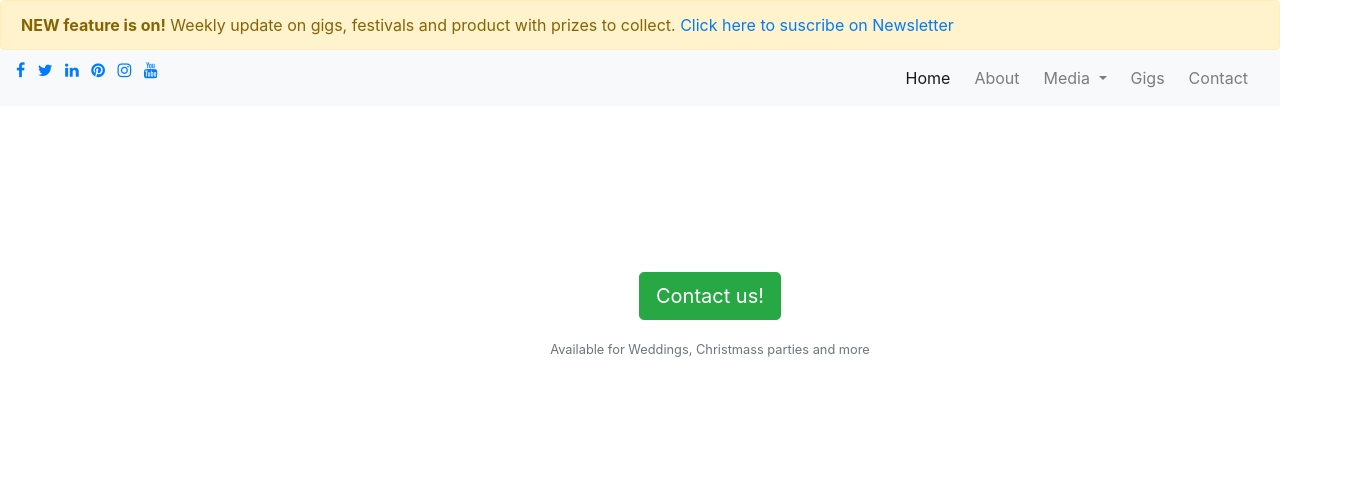
Repository: NamcorStudent/Stream_1_Project_HTML5-CSS3
Page: index.html
The author's editor kept a record of every edit. The page is drawn from the files as they stood at one moment, then again after the next edit.
The browser window is 1280 px wide. The page is 1350 px wide, so the pictures cover 1350 px, including what lies to the right of the window. The pictures show the whole page.
Some web libraries are served in a nearby version.

Above is the page before.

### index.html
<!DOCTYPE html>
<html lang="en">

<head>
    <meta charset="UTF-8">
    <meta name="viewport" content="width=device-width, initial-scale=1.0">
    <meta http-equiv="X-UA-Compatible" content="ie=edge">
    <link rel="stylesheet" href="https://maxcdn.bootstrapcdn.com/bootstrap/4.2.1/css/bootstrap.min.css" type="text/css" />
    <link rel="stylesheet" href="https://maxcdn.bootstrapcdn.com/font-awesome/4.7.0/css/font-awesome.min.css" type="text/css" />
    <link rel="stylesheet" href="assets/css/style.css" type="text/css" />
    <title>The Bambi Molesters | Official</title>
</head>

<body>
 <!--Alert for subscription-->
    <div class="container-fluid alert-container">
        <div class="row d-none d-sm-block">
            <div class="col-12">
                <div class="alert alert-warning">
                    <strong>NEW feature is on!</strong> Weekly update on gigs, festivals and product with prizes to collect. <a href="#" data-toggle="modal" data-target="#signUpModal">Click here to suscribe on Newsletter</a>
                </div>
            </div>
        </div>
    </div>
    <!--Nav-->
    <nav class="navbar navbar-light navbar-expand-sm bg-light">
        <div class="social-links mr-auto">
            <ul class="list-inline social-links">
                <li class="list-inline-item">
                    <a target="_blank" href="#">
                            <i class="fa fa-facebook" aria-hidden="true"></i>
                            <span class="sr-only">Facebook</span>
                        </a>
                </li>
                <li class="list-inline-item">
                    <a target="_blank" href="#">
                            <i class="fa fa-twitter" aria-hidden="true"></i>
                            <span class="sr-only">Twitter</span>
                        </a>
                </li>
                <li class="list-inline-item">
                    <a target="_blank" href="#">
                            <i class="fa fa-linkedin" aria-hidden="true"></i>
                            <span class="sr-only">LinkedIn</span>
                        </a>
                </li>
                <li class="list-inline-item">
                    <a target="_blank" href="#">
                            <i class="fa fa-pinterest" aria-hidden="true"></i>
                            <span class="sr-only">Pinterest</span>
                        </a>
                </li>
                <li class="list-inline-item">
                    <a target="_blank" href="#">
                            <i class="fa fa-instagram" aria-hidden="true"></i>
                            <span class="sr-only">Instagram</span>
                        </a>
                </li>
                <li class="list-inline-item">
                    <a target="_blank" href="#">
                            <i class="fa fa-youtube" aria-hidden="true"></i>
                            <span class="sr-only">YouTube</span>
                        </a>
                </li>
            </ul>
        </div>
        <button class="navbar-toggler" type="button" data-toggle="collapse" data-target="#navbarTogglerDropdown" aria-controls="navbarTogglerDemo02" aria-expanded="false" aria-label="Toggle navigation">
            <span class="navbar-toggler-icon"></span>
            </button>

        <div class="collapse navbar-collapse" id="navbarTogglerDropdown">
            <ul class="navbar-nav ml-auto">
                <li class="active nav-item mr-2"><a class="nav-link" href="/">Home</a></li>
                <li class="nav-item mr-2"><a class="nav-link" href="">About</a></li>
                <li class="nav-item dropdown mr-2">
                    <a class="nav-link dropdown-toggle" href="#" id="navbarDropdownMenuLink" role="button" data-toggle="dropdown" aria-haspopup="true" aria-expanded="false">
          Media
        </a>
                    <div class="dropdown-menu" aria-labelledby="navbarDropdownMenuLink">
                        <a class="dropdown-item" href="#">Video</a>
                        <a class="dropdown-item" href="#">Music</a>
                        <a class="dropdown-item" href="#">Gallery</a>
                    </div>
                </li>
                <li class="nav-item mr-2"><a class="nav-link" href="">Gigs</a></li>
                <li class="nav-item mr-2"><a class="nav-link" href="">Contact</a></li>
                <li class="nav-item mr-2 d-block d-sm-none"><a class="nav-link" href="#" data-toggle="modal" data-target="#signUpModal">Suscribe!!!</a></li>
            </ul>
        </div>
    </nav>


    <!-- Callout -->
    <div class="container callout-container">

        <div class="row">
            <section class=" col-12 callout jumbotron text-center">
                <h1>Special occasion comming up?</h1>
                <p class="lead">Get world's best surf band to make the groove.</p>
                <p><button class="btn btn-lg btn-success" data-toggle="modal" data-target="#signUpModal">Contact us!</button></p>
                <p class="text-muted"><small>Available for Weddings, Christmass parties and more</small></p>
            </section>
        </div>
    </div>
    <!-- /.callout -->

    <!---Modal for subscription-->
    <div class="modal" tabindex="-1" role="dialog" id="signUpModal">
        <div class="modal-dialog" role="document">
            <div class="modal-content">
                <div class="modal-header">
                    <h5 class="modal-title">Sign Up To Whiskey Drop!</h5>
                    <button type="button" class="close" data-dismiss="modal" aria-label="Close">
          <span aria-hidden="true">&times;</span>
        </button>
                </div>
                <div class="modal-body">
                    <form>
                        <div class="form-group">
                            <label for="exampleInputEmail1">Email address</label>
                            <input type="email" class="form-control" id="exampleInputEmail1" aria-describedby="emailHelp" placeholder="Enter email">
                            <small id="emailHelp" class="form-text text-muted">We'll never share your email with anyone else.</small>
                        </div>
                        <div class="form-group">
                            <label for="password">Password</label>
                            <input type="password" class="form-control" id="password" placeholder="Password">
                        </div>
                        <div class="form-group">
                            <label for="repeatPassword">Repeat Password</label>
                            <input type="password" class="form-control" id="repeatPassword" placeholder="Repeat Password">
                        </div>
                        <button type="submit" class="btn btn-success">Submit</button>
                    </form>
                </div>
            </div>
        </div>
    </div>

    <script src="https://code.jquery.com/jquery-3.3.1.slim.min.js" integrity="sha384-q8i/X+965DzO0rT7abK41JStQIAqVgRVzpbzo5smXKp4YfRvH+8abtTE1Pi6jizo" crossorigin="anonymous"></script>
    <script src="https://cdnjs.cloudflare.com/ajax/libs/popper.js/1.14.7/umd/popper.min.js" integrity="sha384-UO2eT0CpHqdSJQ6hJty5KVphtPhzWj9WO1clHTMGa3JDZwrnQq4sF86dIHNDz0W1" crossorigin="anonymous"></script>
    <script src="https://stackpath.bootstrapcdn.com/bootstrap/4.3.1/js/bootstrap.min.js" integrity="sha384-JjSmVgyd0p3pXB1rRibZUAYoIIy6OrQ6VrjIEaFf/nJGzIxFDsf4x0xIM+B07jRM" crossorigin="anonymous"></script>
</body>

</html>

### assets/css/style.css
@import url('https://fonts.googleapis.com/css?family=Oswald:100,200,300,400,500,600,700,800,900 | Ubuntu: 100,200,300,400,500,600,700,800,900');

.alert-container{
    padding: 0;
    margin: 0;
    border: 0;
}

.alert-warning{
    margin: 0;
}

.nav{
    background-color: #fff;
}

.callout-container{
    height: 80vh;
    overflow: hidden;
}

.callout-container img{
    width: 90%;
    margin-left: 8%;
}

.hero-image{
    position: relative;
    left: 0;
    width: ;
}

.jumbotron{
    position: absolute;
    background-color: transparent;
    color: white;
}

After the next edit:
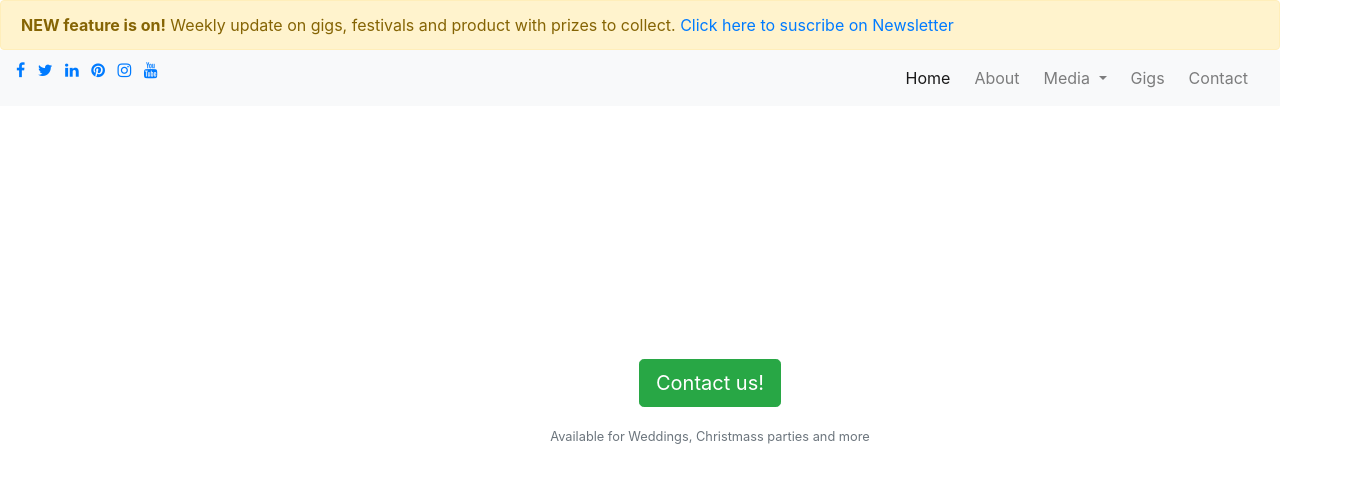
The edit:
--- a/assets/css/style.css
+++ b/assets/css/style.css
@@ -1,37 +1,43 @@
 @import url('https://fonts.googleapis.com/css?family=Oswald:100,200,300,400,500,600,700,800,900 | Ubuntu: 100,200,300,400,500,600,700,800,900');
 
-.alert-container{
+.alert-container {
     padding: 0;
     margin: 0;
     border: 0;
 }
 
-.alert-warning{
+.alert-warning {
     margin: 0;
 }
 
-.nav{
+.nav {
     background-color: #fff;
 }
 
-.callout-container{
+.callout-container {
     height: 80vh;
     overflow: hidden;
 }
 
-.callout-container img{
+.callout-container img {
     width: 90%;
     margin-left: 8%;
 }
 
-.hero-image{
+.hero-image {
     position: relative;
     left: 0;
     width: ;
 }
 
-.jumbotron{
+.jumbotron {
     position: absolute;
     background-color: transparent;
     color: white;
+    margin: 0;
+    top: 50%;
+    -ms-transform: translateY(-50%);
+    -ms-transform: translateY(-50%);
+    -ms-transform: translateY(-50%);
+    transform: translateY(-50%);
 }
